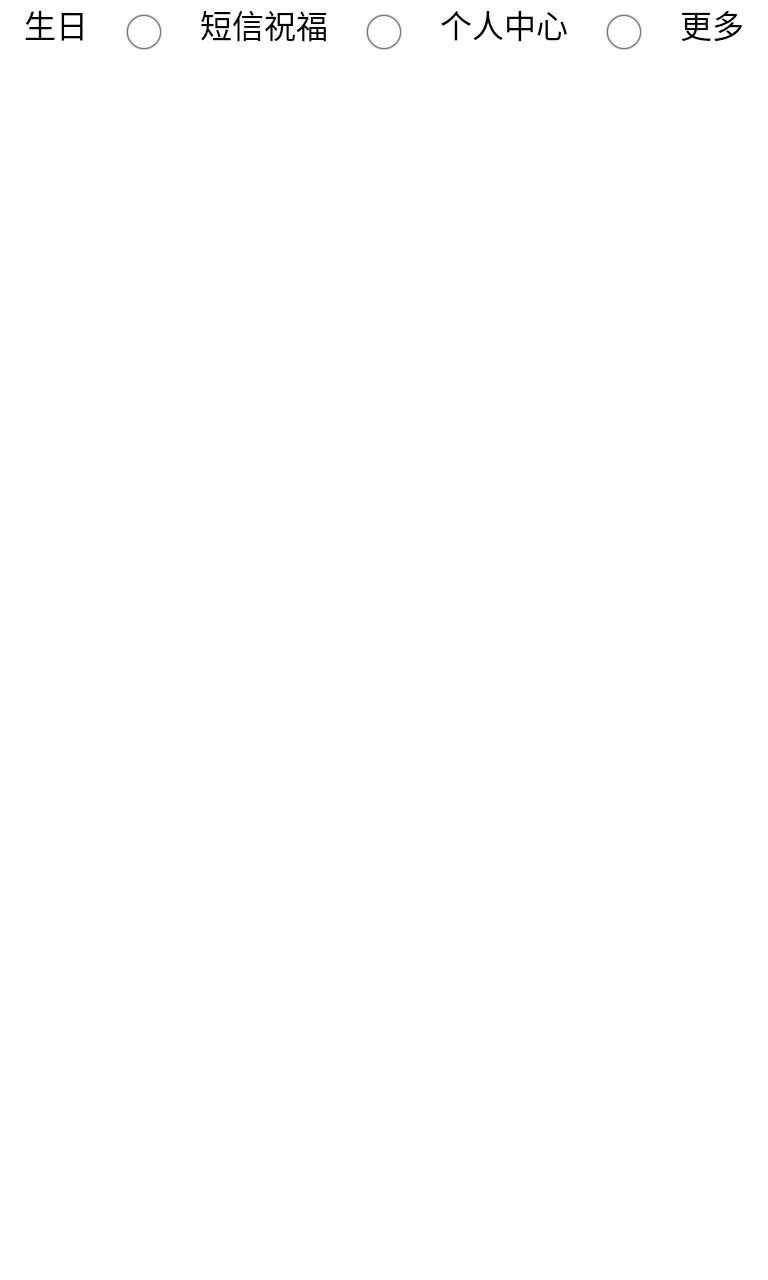
Repository: stone-jin/birthday
Layout: 1/res/layout/mainactivity_tabs.xml
An editor plug-in stored every save of this project. The layout is shown before and after the next save, followed by the edit.
It is drawn on a 768 x 1280 px phone screen (xhdpi) without system bars, with theme AppTheme; the app's code is not run.

Above is the layout before, as saved 2014-04-22 15:07:15.

### 1/res/layout/mainactivity_tabs.xml
<?xml version="1.0" encoding="utf-8"?>
<LinearLayout xmlns:android="http://schemas.android.com/apk/res/android"
    android:layout_width="match_parent"
    android:layout_height="wrap_content"
    android:orientation="horizontal"
    >

    <RadioGroup
        android:layout_width="fill_parent"
        android:layout_height="wrap_content"
        android:orientation="horizontal"
        >

        <RadioButton
            android:layout_width="wrap_content"
            android:layout_height="wrap_content"
            android:layout_weight="1"
            android:button="@null"
            android:gravity="center_horizontal"
            android:text="生日"
            />

        <RadioButton
            android:layout_width="wrap_content"
            android:layout_height="wrap_content"
            android:layout_weight="1"
            android:gravity="center_horizontal"
            android:text="短信祝福"
            />

        <RadioButton
            android:layout_width="wrap_content"
            android:layout_height="wrap_content"
            android:layout_weight="1"
            android:gravity="center_horizontal"
            android:text="个人中心"
            />

        <RadioButton
            android:layout_width="wrap_content"
            android:layout_height="wrap_content"
            android:layout_weight="1"
            android:gravity="center_horizontal"
            android:text="更多"
            />

    </RadioGroup>

</LinearLayout>

Loaded but not shown: 1/res/values/styles.xml (common file); 1/res/values-v11/styles.xml (common file); 1/res/values-v14/styles.xml (common file)

After the next save:
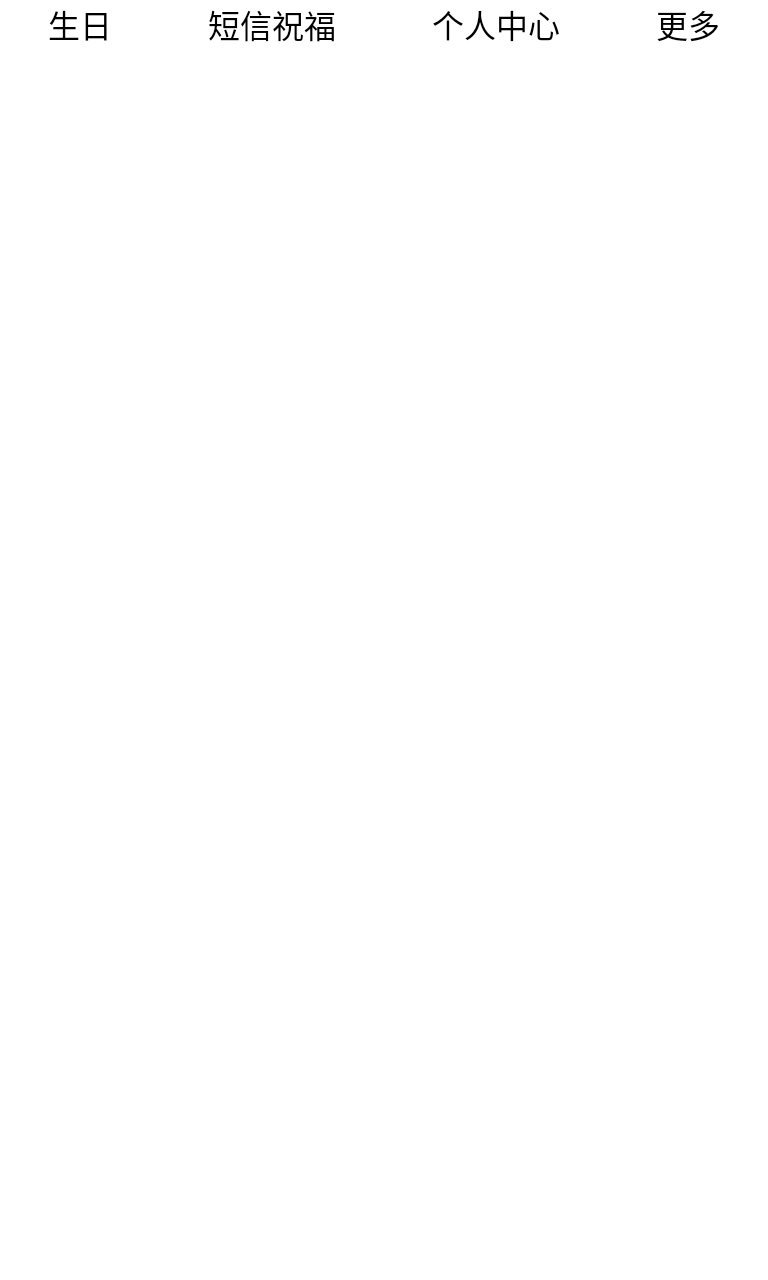
Saved 14 s later.
--- a/1/res/layout/mainactivity_tabs.xml
+++ b/1/res/layout/mainactivity_tabs.xml
@@ -24,6 +24,7 @@
             android:layout_width="wrap_content"
             android:layout_height="wrap_content"
             android:layout_weight="1"
+            android:button="@null"
             android:gravity="center_horizontal"
             android:text="短信祝福"
             />
@@ -32,6 +33,7 @@
             android:layout_width="wrap_content"
             android:layout_height="wrap_content"
             android:layout_weight="1"
+            android:button="@null"
             android:gravity="center_horizontal"
             android:text="个人中心"
             />
@@ -40,6 +42,7 @@
             android:layout_width="wrap_content"
             android:layout_height="wrap_content"
             android:layout_weight="1"
+            android:button="@null"
             android:gravity="center_horizontal"
             android:text="更多"
             />
